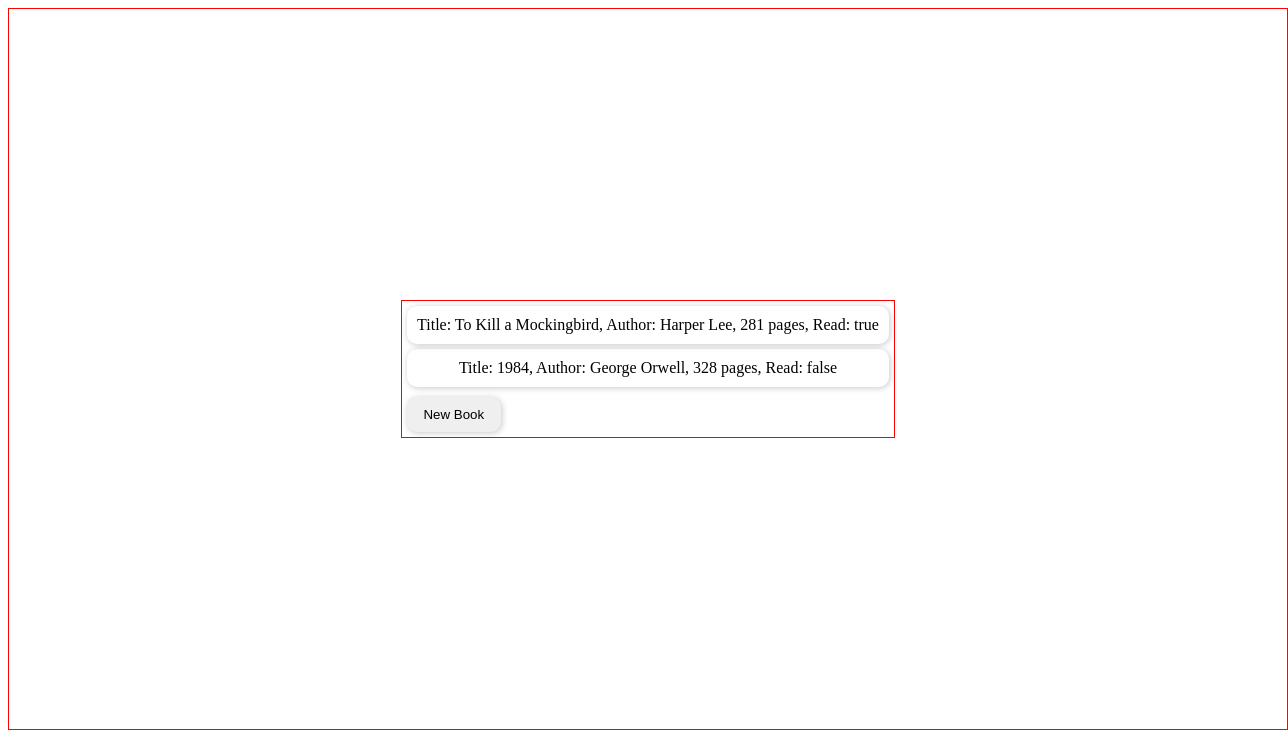
Repository: kocokoy/library
Page: index.html
An editor plug-in stored every save of this project. The page is shown before and after the next save, followed by the edit.
The browser window is 1280 px wide. The page is 1288 px wide, so the pictures cover 1288 px, including what lies to the right of the window. The pictures show the whole page.

Above is the page before, as saved 2024-11-06 08:51:40.

### index.html
<!DOCTYPE html>
<html lang="en">
<head>
  <meta charset="UTF-8">
  <meta name="viewport" content="width=device-width, initial-scale=1.0">
  <link rel="stylesheet" href="style.css">
  <title>Document</title>
</head>
<body>
  <div class="container">
    <div class="display-button-card">
      <div class="book-display jsBookDisplay">
      </div>
      <button class="new-book-button jsNewBookButton">New Book</button>
    </div>
  </div>
<script src="script.js"></script>
</body>
</html>

### style.css
body{
  width: 100%;
  height: 100vh;
}
.container{
  display: flex;
  flex-direction: column;
  justify-content: center;
  align-items: center;
  border: 1px solid red;
  height: 100%;
}
.display-button-card{
  border: 1px solid red;
  flex-direction: column;
  justify-content: center;
  align-items: center;
}
/* .book-display{
  display: flex;
  flex-direction: column;
  justify-content: center;
  align-items: center;
} */
.book-card{
  box-shadow: 1px 1px 6px  rgba(0, 0, 0, 0.219);
  padding: 10px;
  border-radius: 10px;
  display: flex;
  flex-direction: row;
  justify-content: center;
  align-items: center;
  margin: 5px;
}

.new-book-button{
  padding: 10px;
  margin: 5px;
  border-radius: 10px;
  border: none;
  box-shadow: 1px 1px 6px  rgba(0, 0, 0, 0.219);
  width: 19%;
  cursor: pointer;
}

### script.js
const bookTitleElement = document.querySelector('.jsBookTitle');
const bookAuthorElement = document.querySelector('.jsBookAuthor');
const bookPagesElement = document.querySelector('.jsBookPages');
const bookReadElement = document.querySelector('.jsBookRead');
const bookButtonElement = document.querySelector('.jsNewBookButton');
const bookDisplayElement = document.querySelector('.jsBookDisplay');

const myLibrary = [
  {title: 'To Kill a Mockingbird', author: 'Harper Lee', pages: 281, read: true},
  {title: '1984', author: 'George Orwell', pages: 328, read: false},
];


displayBookToLibrary();

function Book(title,author,pages,read) {
  this.title = title;
  this.author = author;
  this.pages = pages;
  this.read = read;
  this.info = function(){
    const bookObj = {
      title: this.title,
      author: this.author,
      pages: this.pages,
      read: this.read,
    }
    return bookObj;
  };
}

function addBookToLibrary(title,author,pages,read) {
  const book = new Book(title,author,pages,read);
  myLibrary.push(book.info());
}

function displayBookToLibrary(){

  bookDisplayElement.innerHTML = '';

  myLibrary.forEach(book => {
    const div = document.createElement('div');
    div.classList.add('book-card');
    div.innerHTML = `
      <div>Title: ${book.title}, Author: ${book.author}, ${book.pages} pages, Read: ${book.read}</div>
    `
    bookDisplayElement.appendChild(div);
    console.log(book);
  })
}

bookButtonElement.addEventListener('click', () => {
  const bookTitleValue = bookTitleElement.value;
  const bookAuthorValue = bookAuthorElement.value;
  const bookPagesValue = bookPagesElement.value;
  const bookReadValue = bookReadElement.value;
  bookTitleElement.value = '';
  bookAuthorElement.value = '';
  bookPagesElement.value = '';
  bookReadElement.value = '';
  addBookToLibrary(bookTitleValue,bookAuthorValue,bookPagesValue,bookReadValue);
  displayBookToLibrary();
})

After the next save:
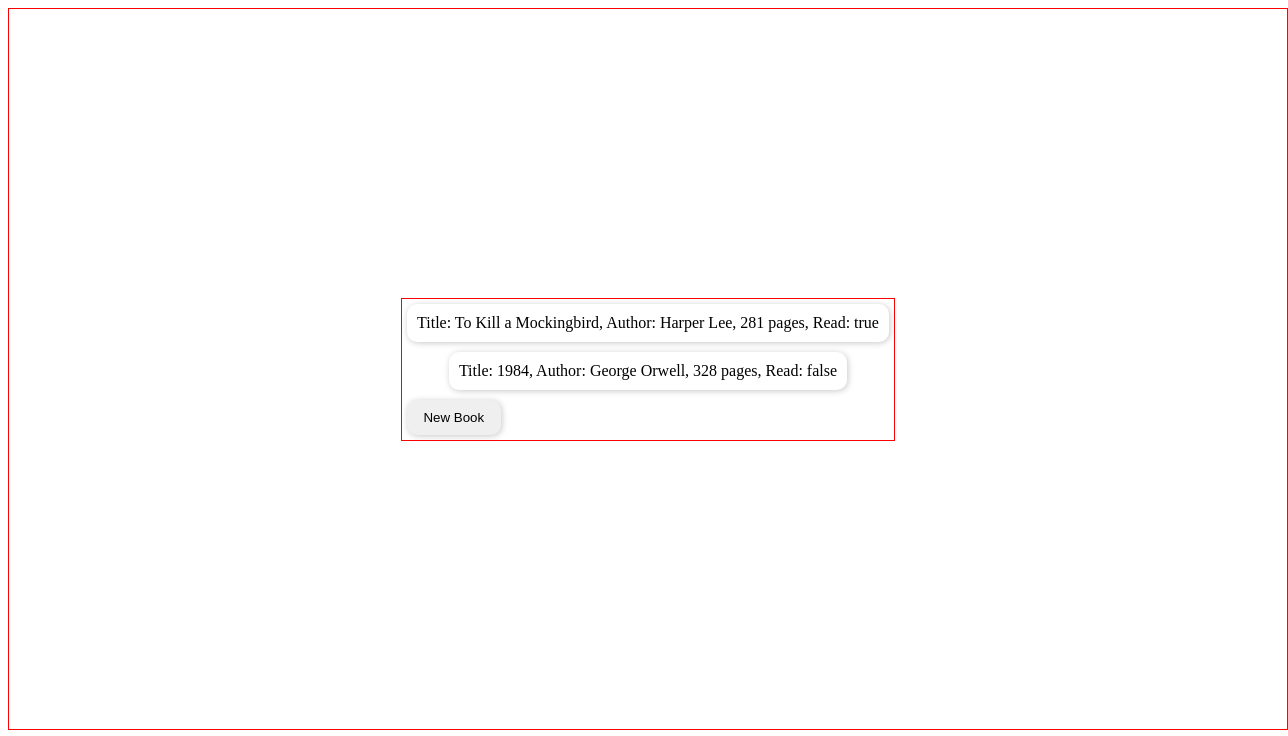
Saved 20 s later.
--- a/style.css
+++ b/style.css
@@ -16,12 +16,12 @@ body{
   justify-content: center;
   align-items: center;
 }
-/* .book-display{
+.book-display{
   display: flex;
   flex-direction: column;
   justify-content: center;
   align-items: center;
-} */
+}
 .book-card{
   box-shadow: 1px 1px 6px  rgba(0, 0, 0, 0.219);
   padding: 10px;
